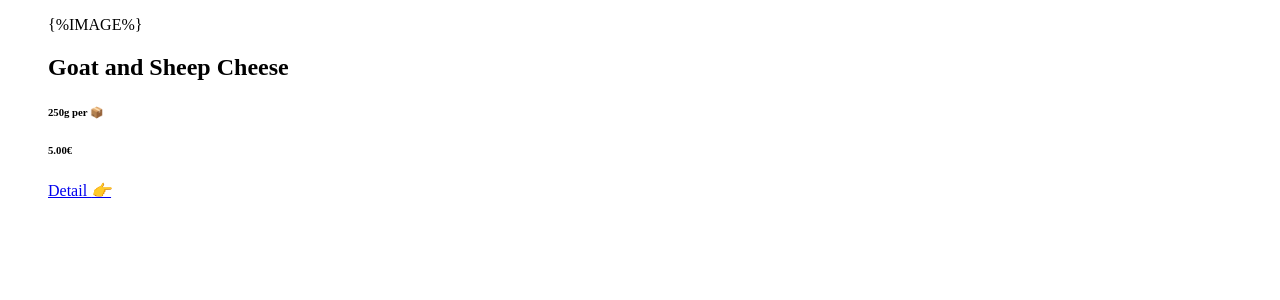
Repository: Kaii-Dev/NODEJS-by-JONAS
Page: 1-node-farm/starter/templates/card.html
The author's editor kept a copy of each file at every save. The page is drawn from the files as they stood at one save, then again after a run of saves.
The browser window is 1280 px wide. The pictures show the whole page.

Above is the page before, as saved 2022-08-03 13:54:41.

After the next 2 saves:
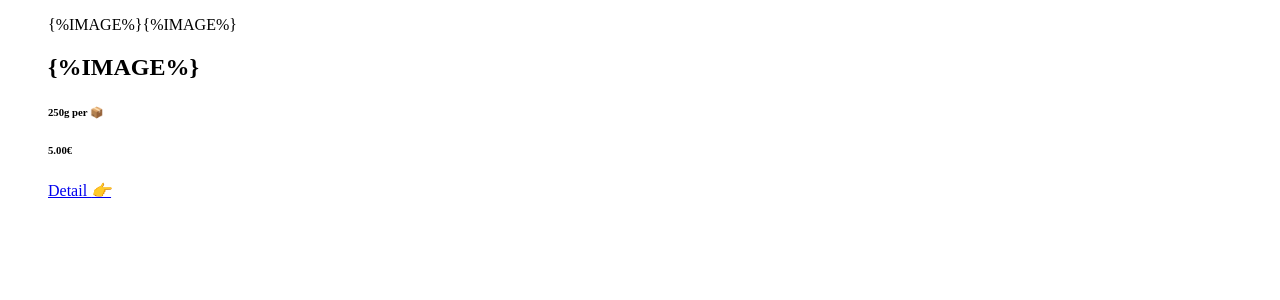
The 2 saves are shown as one change because they came seconds apart.
The last was saved 9 s later.
--- a/1-node-farm/starter/templates/card.html
+++ b/1-node-farm/starter/templates/card.html
@@ -1,7 +1,7 @@
 <figure class="card">
-   <div class="card__emoji">{%IMAGE%}</div>
+   <div class="card__emoji">{%IMAGE%}{%IMAGE%}</div>
    <div class="card__title-box">
-     <h2 class="card__title">Goat and Sheep Cheese</h2>
+     <h2 class="card__title">{%IMAGE%}</h2>
    </div>
 
    <div class="card__details">
